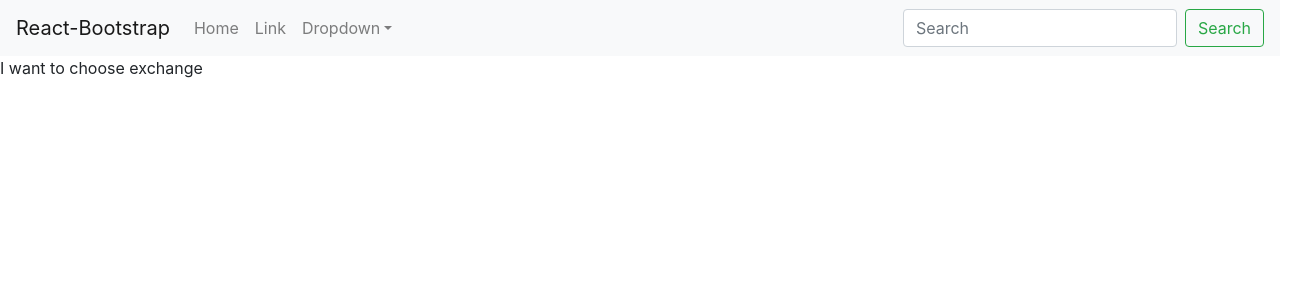
Repository: flychicken123/PriceAlertFront
Page: /
An editor plug-in stored every save of this project. The page is shown before and after the next save, followed by the edit.
The browser window is 1280 px wide. The page is 1295 px wide, so the pictures cover 1295 px, including what lies to the right of the window. The pictures show the whole page.
The project was rebuilt for these pictures with package versions that can differ from the ones it lists, and the page was loaded fresh each time. Also part of the build but not shown: src/App.css.

Above is the page before, as saved 2021-03-05 20:29:11.

### public/index.html
<!DOCTYPE html>
<html lang="en">
  <head>
    <meta charset="utf-8" />
    <link rel="icon" href="%PUBLIC_URL%/favicon.ico" />
    <meta name="viewport" content="width=device-width, initial-scale=1" />
    <meta name="theme-color" content="#000000" />
    <meta
      name="description"
      content="Web site created using create-react-app"
    />
    <link rel="apple-touch-icon" href="%PUBLIC_URL%/logo192.png" />
    <!--
      manifest.json provides metadata used when your web app is installed on a
      user's mobile device or desktop. See https://developers.google.com/web/fundamentals/web-app-manifest/
    -->
    <link rel="manifest" href="%PUBLIC_URL%/manifest.json" />
    <link
  rel="stylesheet"
  href="https://cdn.jsdelivr.net/npm/bootstrap@4.6.0/dist/css/bootstrap.min.css"
  integrity="sha384-B0vP5xmATw1+K9KRQjQERJvTumQW0nPEzvF6L/Z6nronJ3oUOFUFpCjEUQouq2+l"
  crossorigin="anonymous"
/>
<link rel="stylesheet" href="https://fonts.googleapis.com/css?family=Roboto:300,400,500,700&display=swap" />

    <!--
      Notice the use of %PUBLIC_URL% in the tags above.
      It will be replaced with the URL of the `public` folder during the build.
      Only files inside the `public` folder can be referenced from the HTML.

      Unlike "/favicon.ico" or "favicon.ico", "%PUBLIC_URL%/favicon.ico" will
      work correctly both with client-side routing and a non-root public URL.
      Learn how to configure a non-root public URL by running `npm run build`.
    -->
    <title>React App</title>
  </head>
  <body>
    <noscript>You need to enable JavaScript to run this app.</noscript>
    <div id="root"></div>
    <!--
      This HTML file is a template.
      If you open it directly in the browser, you will see an empty page.

      You can add webfonts, meta tags, or analytics to this file.
      The build step will place the bundled scripts into the <body> tag.

      To begin the development, run `npm start` or `yarn start`.
      To create a production bundle, use `npm run build` or `yarn build`.
    -->
  </body>
</html>

### src/App.js
import logo from './logo.svg';
import './App.css';
import { BrowserRouter as Router, Switch, Route } from 'react-router-dom';
import TopNavbar from './components/TopNavbar';
import Home from './components/Home.jsx';
const App = () => {
  return (
    <Router>
      <TopNavbar />
      <Switch>
        <Route path='/' component={Home} />
      </Switch>
    </Router>
  )
}

export default App;

### src/components/TopNavbar.jsx
import React, { Component } from 'react';
import { Button, Navbar, Nav, NavDropdown, Form, FormControl } from "react-bootstrap";
const TopNavbar = () => {
    return (
        <div>
            <Navbar bg="light" expand="lg">
                <Navbar.Brand href="#home">React-Bootstrap</Navbar.Brand>
                <Navbar.Toggle aria-controls="basic-navbar-nav" />
                <Navbar.Collapse id="basic-navbar-nav">
                    <Nav className="mr-auto">
                        <Nav.Link href="#home">Home</Nav.Link>
                        <Nav.Link href="#link">Link</Nav.Link>
                        <NavDropdown title="Dropdown" id="basic-nav-dropdown">
                            <NavDropdown.Item href="#action/3.1">Action</NavDropdown.Item>
                            <NavDropdown.Item href="#action/3.2">Another action</NavDropdown.Item>
                            <NavDropdown.Item href="#action/3.3">Something</NavDropdown.Item>
                            <NavDropdown.Divider />
                            <NavDropdown.Item href="#action/3.4">Separated link</NavDropdown.Item>
                        </NavDropdown>
                    </Nav>
                    <Form inline>
                        <FormControl type="text" placeholder="Search" className="mr-sm-2" />
                        <Button variant="outline-success">Search</Button>
                    </Form>
                </Navbar.Collapse>
            </Navbar>
        </div>
    )
};
export default TopNavbar

### src/components/Home.jsx
import React, { Component } from 'react';
import { Form, DropdownButton, Dropdown, Row, Col } from 'react-bootstrap';

const Home = () => {
    return (
        <div className='mainControl' >
            <container >
                <Row>
                    <Col sm={8}>I want to choose exchange</Col>
                </Row>
            </container>
        </div>
    )
}
export default Home;

Loaded but not shown: src/index.js (common file); src/index.css (common file); src/reportWebVitals.js (common file)

After the next save:
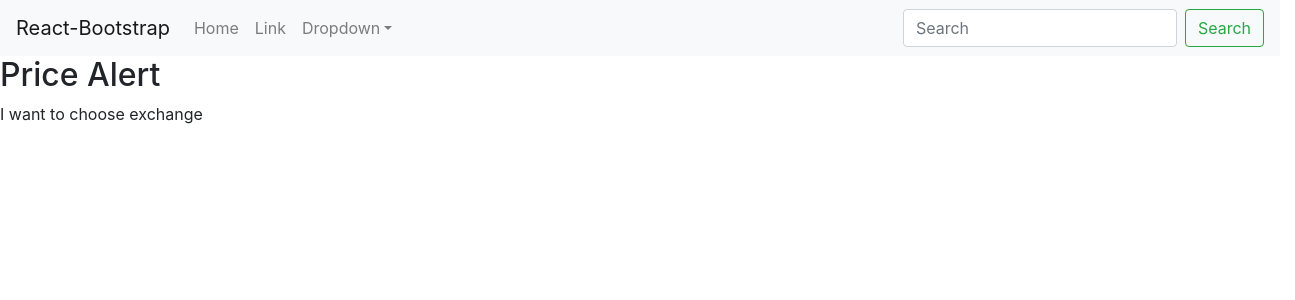
Saved 14 s later.
--- a/src/components/Home.jsx
+++ b/src/components/Home.jsx
@@ -5,6 +5,7 @@ const Home = () => {
     return (
         <div className='mainControl' >
             <container >
+                <h2>Price Alert</h2>
                 <Row>
                     <Col sm={8}>I want to choose exchange</Col>
                 </Row>
